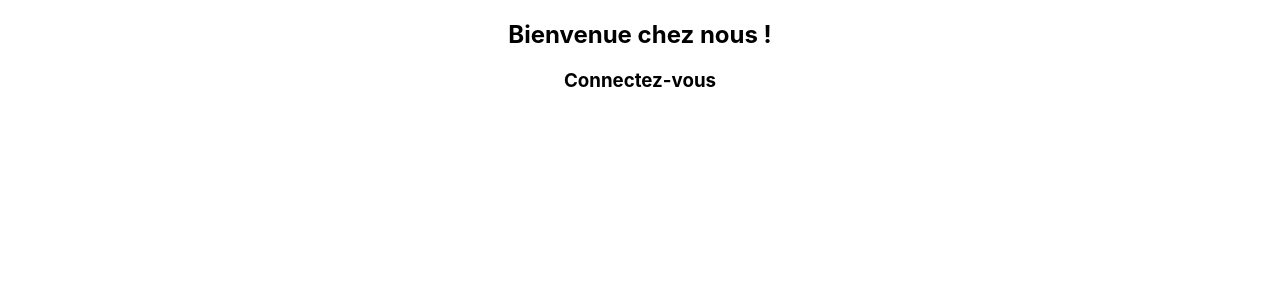
Repository: dimitrivitulin/crazee-burger
Page: /
The author's editor kept a copy of each file at every save. The page is drawn from the files as they stood at one save, then again after a run of saves.
The browser window is 1280 px wide. The pictures show the whole page.
The project was rebuilt for these pictures with package versions that can differ from the ones it lists, and the page was loaded fresh each time.

Above is the page before, as saved 2023-01-19 00:11:13.

### src/App.js
import logo from './logo.svg';
import './App.css';

function App() {
  return (
    <div className="App">
      <h2>Bienvenue chez nous !</h2>
      <h3>Connectez-vous</h3>
    </div>
  );
}

export default App;

Loaded but not shown: public/index.html (common file); src/index.js (common file); src/index.css (common file); src/reportWebVitals.js (common file); src/App.css (common file)

After the next 2 saves:
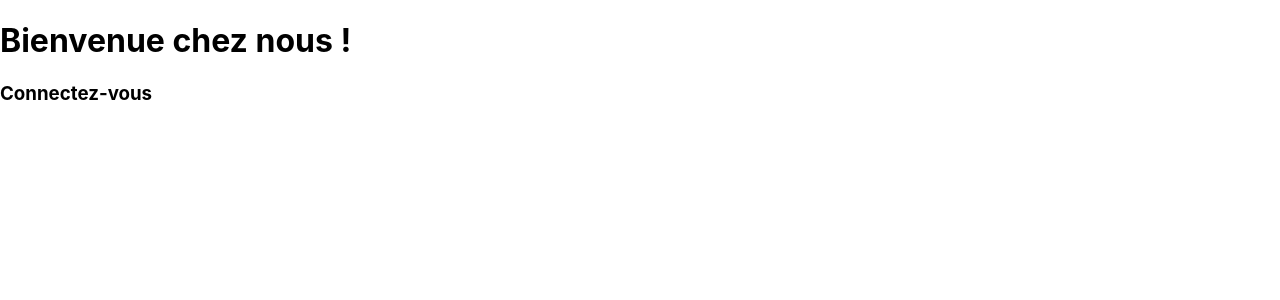
The 2 saves are shown as one change because 1 did not build or start.
The last was saved 36 s later.
--- a/src/App.js
+++ b/src/App.js
@@ -1,10 +1,9 @@
-import logo from './logo.svg';
-import './App.css';
+
 
 function App() {
   return (
     <div className="App">
-      <h2>Bienvenue chez nous !</h2>
+      <h1>Bienvenue chez nous !</h1>
       <h3>Connectez-vous</h3>
     </div>
   );
